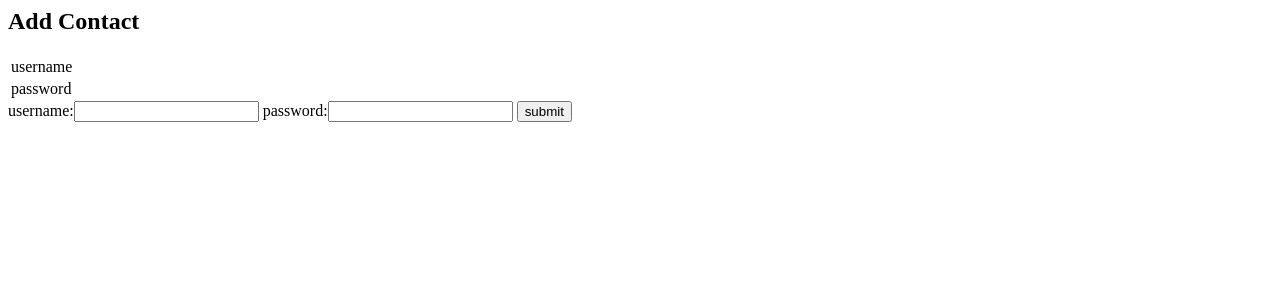
Repository: figo645/NewGenerationOA
Page: http://localhost/mavenweb/users/register.jsp
These files come from the project's save history. The page is drawn as it stood at one moment and after the next save; the edit follows.
The browser window is 1280 px wide. The pictures show the whole page.
The page is served by Tomcat 9. Nobody is signed in. The application's start-up code is not run.

Above is the page before, as saved 2015-09-26 18:34:26.

After the next save:
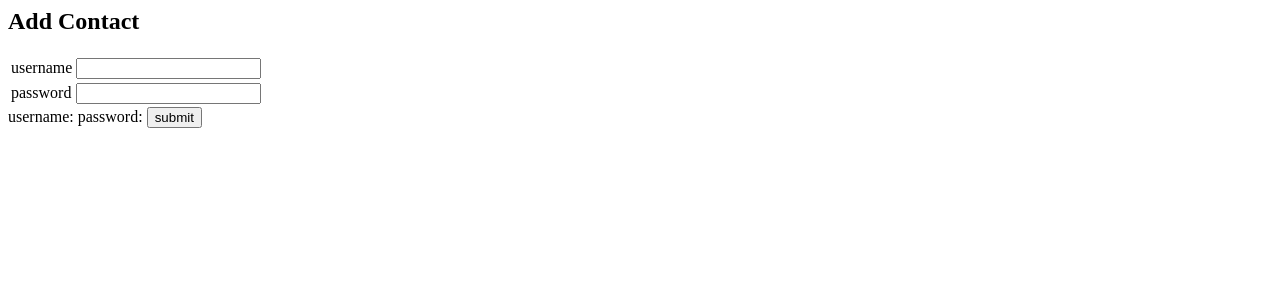
Saved 14 s later.
--- a/3.implementtation/prototype_ws/mavenweb/src/main/webapp/users/register.jsp
+++ b/3.implementtation/prototype_ws/mavenweb/src/main/webapp/users/register.jsp
@@ -6,17 +6,17 @@
 		<table>
 			<tr>
 				<td>username</td>
-				<td></td>
+				<td><input type="text" name="username" id="username"></td>
 			</tr>
 			<tr>
 				<td>password</td>
-				<td></td>
+				<td><input
+			type="text" name="password" id="password"></td>
 			</tr>
 
 		</table>
 
-		username:<input type="text" name="username" id="username"> password:<input
-			type="text" name="password" id="password"> <input type="submit"
+		username: password: <input type="submit"
 			value="submit">
 	</form>
 </body>
